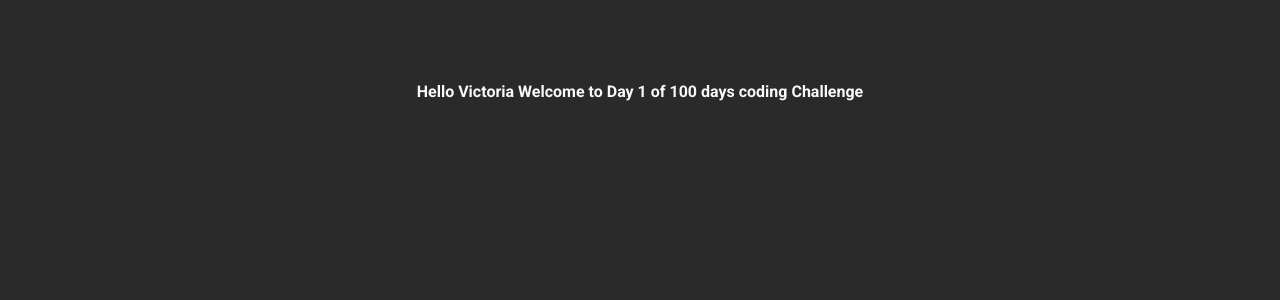
Repository: VickyJacob23/100DaysOfCoding
Page: day1/index.html
These files come from the project's save history. The page is drawn as it stood at one moment and after the next save; the edit follows.
The browser window is 1280 px wide. The pictures show the whole page.

Above is the page before, as saved 2024-08-14 11:37:56.

### day1/index.html
<!DOCTYPE html>
<html lang="en">
  <head>
    <meta charset="UTF-8" />
    <meta name="viewport" content="width=device-width, initial-scale=1.0" />
    <link
      href="https://cdn.jsdelivr.net/npm/bootstrap@5.0.2/dist/css/bootstrap.min.css"
      rel="stylesheet"
      integrity="sha384-EVSTQN3/azprG1Anm3QDgpJLIm9Nao0Yz1ztcQTwFspd3yD65VohhpuuCOmLASjC"
      crossorigin="anonymous"
    />
    <link rel="stylesheet" href="style.css" />
    <title>Day 1</title>
  </head>
  <body class="fw-bold text-light">
    <script src="script.js"></script>
  </body>
</html>

### day1/style.css
@import url("https://fonts.googleapis.com/css2?family=Roboto:ital,wght@0,100;0,300;0,400;0,500;0,700;0,900;1,100;1,300;1,400;1,500;1,700;1,900&display=swap");

body {
  font-family: "Roboto", sans-serif;
  background-color: #2b2a2a;
  display: flex;
  justify-content: center;
  align-items: center;
  margin: auto;
  padding: 5em;
}

### day1/script.js
let firstCode = "Hello Victoria Welcome to Day 1 of 100 days coding Challenge";
document.write(firstCode);

After the next save:
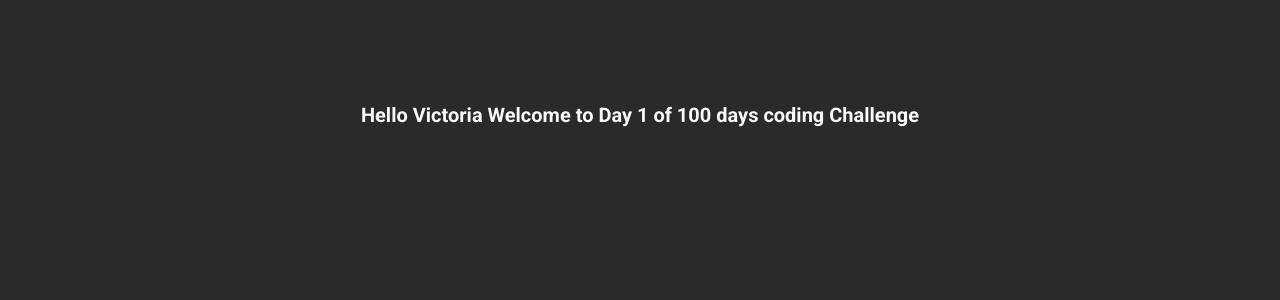
Saved 51 s later.
--- a/day1/index.html
+++ b/day1/index.html
@@ -12,7 +12,7 @@
     <link rel="stylesheet" href="style.css" />
     <title>Day 1</title>
   </head>
-  <body class="fw-bold text-light">
+  <body class="fw-bold text-light fs-5">
     <script src="script.js"></script>
   </body>
 </html>

After the save that followed:
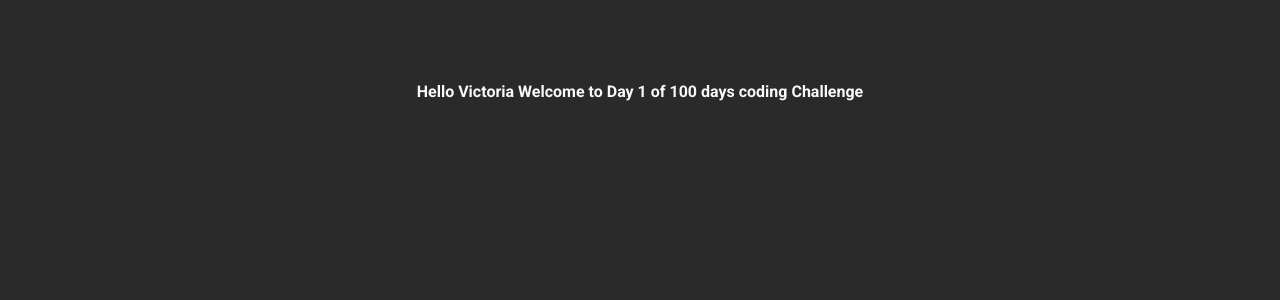
Saved 28 s later.
--- a/day1/index.html
+++ b/day1/index.html
@@ -12,7 +12,7 @@
     <link rel="stylesheet" href="style.css" />
     <title>Day 1</title>
   </head>
-  <body class="fw-bold text-light fs-5">
+  <body class="fw-bold text-light">
     <script src="script.js"></script>
   </body>
 </html>
